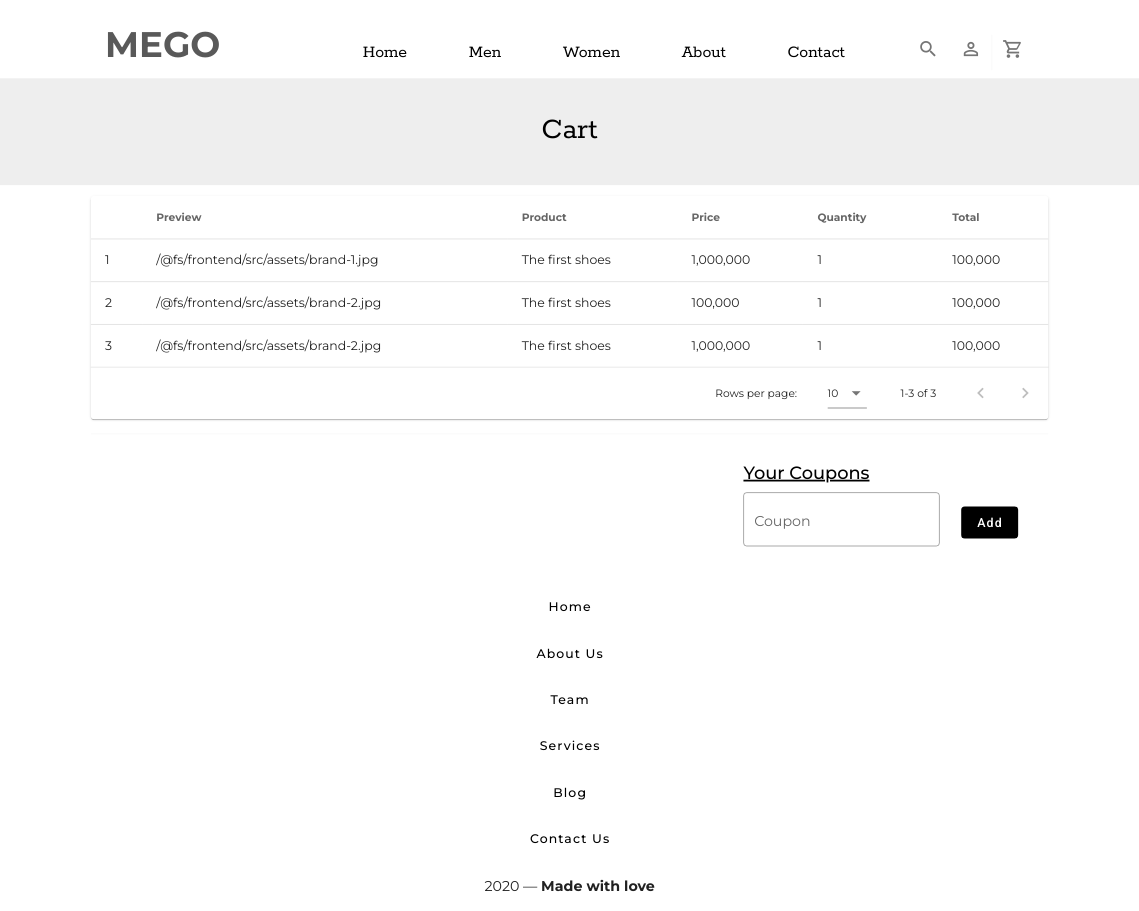
Repository: nguyenphuong152/shoesstore
Page: /cart (app in frontend/)
These files come from the project's save history. The page is drawn as it stood at one moment and after the next save; the edit follows.
The browser window is 1280 px wide. The pictures show the whole page, at 89% of full size.
The project was rebuilt for these pictures with package versions that can differ from the ones it lists, and the page was loaded fresh each time. Also part of the build but not shown: frontend/vue.config.js, frontend/src/components/Customer/Collection.vue, frontend/src/components/Customer/Banner.vue, frontend/src/components/Customer/BestSeller.vue, frontend/src/components/Customer/Partner.vue, frontend/src/views/Customer/Home.vue, frontend/src/components/Customer/ProductCategory.vue, frontend/src/components/Customer/ProductView.vue and 10 more. Imported but missing from the stored project, and not drawn on this page: frontend/src/views/Admin/Category.vue, frontend/src/views/Admin/ManageProduct.vue, frontend/src/views/Admin/ManageUser.vue, frontend/src/views/Admin/OrderList.vue.

Above is the page before, as saved 2020-11-28 10:24:02.

### frontend/public/index.html
<!DOCTYPE html>
<html lang="en">
  <head>
    <meta charset="utf-8">
    <head>
      <title>MEGO</title>
    </head>
    <meta http-equiv="X-UA-Compatible" content="IE=edge">
    <meta name="viewport" content="width=device-width,initial-scale=1.0">
    <link rel="icon" href="<%= BASE_URL %>favicon.ico">
    <title><%= htmlWebpackPlugin.options.title %></title>
    <link href="https://fonts.googleapis.com/css?family=Montserrat:300,400,500,600,700" rel="stylesheet">
    <link href="https://fonts.googleapis.com/css?family=Rokkitt:100,300,400,700" rel="stylesheet">
    <link rel="stylesheet" href="https://fonts.googleapis.com/css?family=Roboto:100,300,400,500,700,900">
    <link rel="stylesheet" href="https://cdn.jsdelivr.net/npm/@mdi/font@latest/css/materialdesignicons.min.css">
  </head>
  <body>
    <noscript>
      <strong>We're sorry but <%= htmlWebpackPlugin.options.title %> doesn't work properly without JavaScript enabled. Please enable it to continue.</strong>
    </noscript>
    <div id="app"></div>
    <!-- built files will be auto injected -->
  </body>
</html>

### frontend/src/main.js
import Vue from 'vue'
import App from './App.vue'
import vuetify from './plugins/vuetify';
import router from './router'
import '../sass/style.scss'
import 'bootstrap/dist/css/bootstrap.css'
import 'bootstrap-vue/dist/bootstrap-vue.css'
import { BootstrapVue, IconsPlugin } from 'bootstrap-vue'

Vue.use(BootstrapVue)
// Optionally install the BootstrapVue icon components plugin
Vue.use(IconsPlugin)
Vue.config.productionTip = false

new Vue({
  vuetify,
  router,
  render: h => h(App)
}).$mount('#app')

### frontend/src/App.vue
<template>
  <v-app app>
    <v-container v-if="!['Admin', 'Banner', 'Category','Product','ManageUser','OrderList','Dashboard'].includes($route.name)">
      <Toolbar />
    </v-container>
    <v-main>
      <router-view></router-view>
    </v-main>
      <Footer v-if="!['Admin', 'Banner', 'Category','Product','ManageUser','OrderList','Dashboard'].includes($route.name)"/>
  </v-app>

</template>

<script>

import Footer from "./components/Customer/Footer";
import Toolbar from "./components/Customer/Toolbar";

export default {
  name: "App",

  components: {
    Toolbar,
    Footer
  },

  data: () => ({
    //
  }),
};
</script>

### frontend/src/plugins/vuetify.js
import Vue from 'vue';
import Vuetify from 'vuetify/lib';


Vue.use(Vuetify);

const vuetify = new Vuetify({
    theme: {
      themes: {
        light: {
          primary: '#000',
          secondary: '#b0bec5',
          accent: '#8c9eff',
          error: '#b71c1c',
        },
      },
    },
  })

export default new Vuetify({
    vuetify,
});

### frontend/src/router/index.js
import Vue from "vue";
import VueRouter from "vue-router";
import Home from "../views/Customer/Home.vue";
import Men from "../views/Customer/Men.vue";
import Women from "../views/Customer/Women.vue";
import Admin from "../views/Admin/Admin.vue";
import Product from "../views/Admin/ManageProduct.vue";
import Banner from "../views/Admin/Banner.vue";
import Category from "../views/Admin/Category.vue";
import ManageUser from "../views/Admin/ManageUser.vue";
import OrderList from "../views/Admin/OrderList.vue";
import Dashboard from "../views/Admin/Dashboard.vue"
//import ProductDetail from "../views/ProductDetail.vue"

Vue.use(VueRouter);

const routes = [
  {
    path: "/",
    name: "Home",
    component: Home,
  },
  {
    path: "/men",
    name: "Men",
    component: Men,
  },
  {
    path: "/women",
    name: "Women",
    component: Women,
  },
  {
    path: "/about",
    name: "About",
    // route level code-splitting
    // this generates a separate chunk (about.[hash].js) for this route
    // which is lazy-loaded when the route is visited.
    component: () =>
      import(/* webpackChunkName: "about" */ "../views/Customer/About.vue"),
  },
  {
    path: "/contact",
    name: "Contact",
    component: () =>
      import(/* webpackChunkName: "about" */ "../views/Customer/Contact.vue"),
  },
  {
    path: "/cart",
    name: "Cart",
    component: () =>
      import(/* webpackChunkName: "about" */ "../views/Customer/Cart.vue"),
  },
  {
    path: "/account",
    name: "Account",
    component: () =>
      import(/* webpackChunkName: "about" */ "../views/Customer/Account.vue"),
  },
  {
    path: "/userlogin",
    name: "UserLogin",
    component: () =>
      import(/* webpackChunkName: "about" */ "../views/Customer/UserLogin.vue"),
  },
  {
    path: "/checkout",
    name: "Checkout",
    component: () =>
      import(/* webpackChunkName: "about" */ "../views/Customer/Checkout.vue"),
  },
  {
    path: "/product/:id",
    name: "ProductDetail",
    component: () =>
      import(/* webpackChunkName: "about" */ "../views/Customer/ProductDetail.vue"),
  },
  {
    path: "/admin",
    name: "Admin",
    component: Admin,
    children: [
      {
        path: "/banner",
        name: "Banner",
        component: Banner,
      },
      {
        path: "/category",
        name: "Category",
        component: Category,
      },
      {
        path: "/product",
        name: "Product",
        component: Product,
      },
      {
        path: "/manageuser",
        name: "ManageUser",
        component: ManageUser,
      },
      {
        path: "/orderlist",
        name: "OrderList",
        component: OrderList,
      },
      {
        path: "/dashboard",
        name: "Dashboard",
        component: Dashboard,
      },
    ],
  },
];

const router = new VueRouter({
  mode: "history",
  base: process.env.BASE_URL,
  routes,
});

export default router;

### frontend/sass/style.scss

$font-primary: 'Montserrat',
Arial,
sans-serif;
$font-secondary: 'Rokkitt',
Georgia,
serif;


@import '~vuetify/src/styles/styles.sass';

// Overrides
$grid-gutter-width: 20px !default;
$border-radius-base: 4px !default;
$padding-base-vertical: 14px !default;

$brand-primary: #616161 !default;
$brand-secondary: #88c8bc !default;
$brand-yellow: #FFDD00 !default;
$brand-footer-color: #2C2E3E;

$brand-white: #fff;
$brand-black: #000;
$brand-darker: #444;
$brand-gray: #ccc;
$brand-lighter: #e9e9e9;
$brand-body-color: #e8e8e8;
$brand-selection-color: #f9f6f0;
$brand-overlay-color: #4c4a8a;
$brand-bg-color: $brand-white;

.v-btn {
  text-transform:none !important;
}
// .v-text-field{
//   width: 50px;
//   height: 10px;
// }

#app {
  -webkit-font-smoothing: antialiased;
  -moz-osx-font-smoothing: grayscale;

  text-align: center;
  .container {
    max-width: 1100px;
  }
  font: 300
}

.nav {
  padding-left: 0px;
  a {
    font-size: 20px;
    color: lighten($brand-black,35%);
    font-family: $font-secondary;
    text-decoration: none;
    font-weight: 500;
    &.router-link-exact-active {
      color: #42b983;
    }

  }
}

#logo {
  font-size: 40px;
  font-weight: 700;
  font-family: $font-primary;
  color: lighten($brand-black, 35%);
}


.slogan {
  font-size: 50px;
  color: #2c3e50;
  font-family: $font-secondary;
  text-decoration: none;
}

.title-collection{
  @extend .slogan;
  font-size: 25px;
}


.slogan-3 {
  @extend .slogan;
  font-size: 35px;
}

.title-shoes {
  @extend .slogan;
  font-size: 20px;
}


.footer-text {
  font-family:$font-primary;
  font-size: 16px;
}

.admin {
  font-family: $font-primary;
  font-size:16px;
}

.admin-nav {
  font-family: $font-primary !important;
  font-size: 20px !important;
  color: white !important;
}

### frontend/src/components/Customer/Footer.vue
<template>
  <v-footer class="white" padless>
    <v-row justify="center" no-gutters>
      <v-btn
        v-for="link in links"
        :key="link"
        color="black"
        text
        rounded
        class="my-2 footer-text"
      >
        {{ link }}
      </v-btn>
      <v-col class="white py-4 text-center fluid footer-text" cols="12">
        {{ new Date().getFullYear() }} — <strong>Made with love</strong>
      </v-col>
    </v-row>
  </v-footer>
</template>

<script>
export default {
  data: () => ({
    links: ["Home", "About Us", "Team", "Services", "Blog", "Contact Us"],
  }),
};
</script>

<style></style>

### frontend/src/components/Customer/Toolbar.vue
<template>
  <v-toolbar flat>
    <v-row class="d-flex align-baseline">
      <v-col cols="3" class="d-flex justify-lg-start">
        <v-toolbar-title id="logo">MEGO</v-toolbar-title>
      </v-col>
      <v-col class="d-flex justify-space-around text-start nav">
        <router-link to="/">Home</router-link>
        <router-link to="/men">Men</router-link>
        <router-link to="/women">Women</router-link>
        <router-link to="/about">About</router-link>
        <router-link to="/contact">Contact</router-link>
      </v-col>
      <v-col cols="2" class="d-flex justify-end">
        <v-btn icon>
          <v-icon>mdi-magnify</v-icon>
        </v-btn>
        <v-menu
          open-on-hover
          top
          offset-y
          :position-x="960"
          :position-y="230"
          absolute
        >
          <template v-slot:activator="{ on, attrs }">
            <v-btn icon v-bind="attrs" v-on="on">
              <v-icon>mdi-account-outline</v-icon>
            </v-btn>
          </template>

          <v-list class="text-start nav">
            <v-list-item v-for="(item, index) in routes" :key="index" :to="item.path">
              <v-list-item-title>{{ item.name }}</v-list-item-title>
            </v-list-item>
          </v-list>
        </v-menu>
        <v-divider vertical inset></v-divider>
        <v-btn icon @click="goToCart">
          <v-icon>mdi-cart-outline</v-icon>
        </v-btn>
      </v-col>
    </v-row>
  </v-toolbar>
</template>

<script>
export default {
  data: () => ({
    routes: [
      {
        path:"/checkout",
        name:"Check Out"
       },
       {
        path:"/account",
        name:"My Account"
       },
       {
        path:"/userlogin",
        name:"User Login"
       },

    ],
  }),
  methods: {
     goToCart: function() {
     this.$router.push({name: 'Cart'})
     }
  }
};
</script>

<style></style>

### frontend/src/views/Customer/Cart.vue
<template>
  <div class="cart app">
    <v-sheet color="grey lighten-3" height="120">
      <v-container py-8>
        <a class="slogan-3">Cart</a>
      </v-container>
    </v-sheet>
    <div>
      <v-container>
        <totalProducts />
        <v-divider></v-divider>
        <v-row>
          <v-col> </v-col>
          <v-col cols="4">
            <addCoupons />
          </v-col>
        </v-row>
      </v-container>
    </div>
  </div>
</template>

<script>
import totalProducts from "../../components/Customer/TotalProducts";
import addCoupons from "../../components/Customer/AddCoupon";

export default {
  components: { totalProducts, addCoupons },
  data() {},
};
</script>

### frontend/src/components/Customer/TotalProducts.vue
<template>

      <v-data-table :headers="headers" :items="products" class="elevation-1 admin">
        <template v-slot:item.preview>
          <v-img
            lazy-src="item.path"
            max-height="100"
            max-width="100"
            src="'item.path'"
          ></v-img>
        </template>
      </v-data-table>


</template>

<script>
export default {
  data() {
    return {
      headers: [
        {
          text: "",
          align: "start",
          sortable: false,
          value: "id",
        },
        { text: "Preview", value: "path" },
        { text: "Product", value: "name" },
        { text: "Price", value: "price" },
        { text: "Quantity", value: "quantity" },
        { text: "Total", value: "total" },
      ],
      products: [
        {
          id: 1,
          path: require('../../assets/brand-1.jpg'),
          name: "The first shoes",
          price: Intl.NumberFormat('en-EN', { maximumSignificantDigits: 3 }).format(1000000),
          quantity: 1,
          total: Intl.NumberFormat('en-EN', { maximumSignificantDigits: 3 }).format(100000),
        },
        {
          id: 2,
          path: require('../../assets/brand-2.jpg'),
          name: "The first shoes",
          price:Intl.NumberFormat('en-EN', { maximumSignificantDigits: 3 }).format(100000),
          quantity: 1,
          total: Intl.NumberFormat('en-EN', { maximumSignificantDigits: 3 }).format(100000)
        },
        {
         id: 3,
          path: require('../../assets/brand-2.jpg'),
          name: "The first shoes",
          price: Intl.NumberFormat('en-EN', { maximumSignificantDigits: 3 }).format(1000000),
          quantity: 1,
          total:Intl.NumberFormat('en-EN', { maximumSignificantDigits: 3 }).format(100000),
        },
      ],
    };
  },
};
</script>

<style></style>

### frontend/src/components/Customer/AddCoupon.vue
<template>
  <div class="app text-start">
      <a class="admin-nav font-weight-medium black--text">Your Coupons</a>
      <v-row class="d-flex align-baseline">
           <v-col
          cols="8"
        >
          <v-text-field
          class="admin"
            label="Coupon"
            outlined
          ></v-text-field>
        </v-col>
         <v-col
        >
           <v-btn
      depressed
      color="primary"
    >
      Add
    </v-btn>
        </v-col>
      </v-row>
  </div>
</template>

<script>
export default {

}
</script>

<style>

</style>

After the next save:
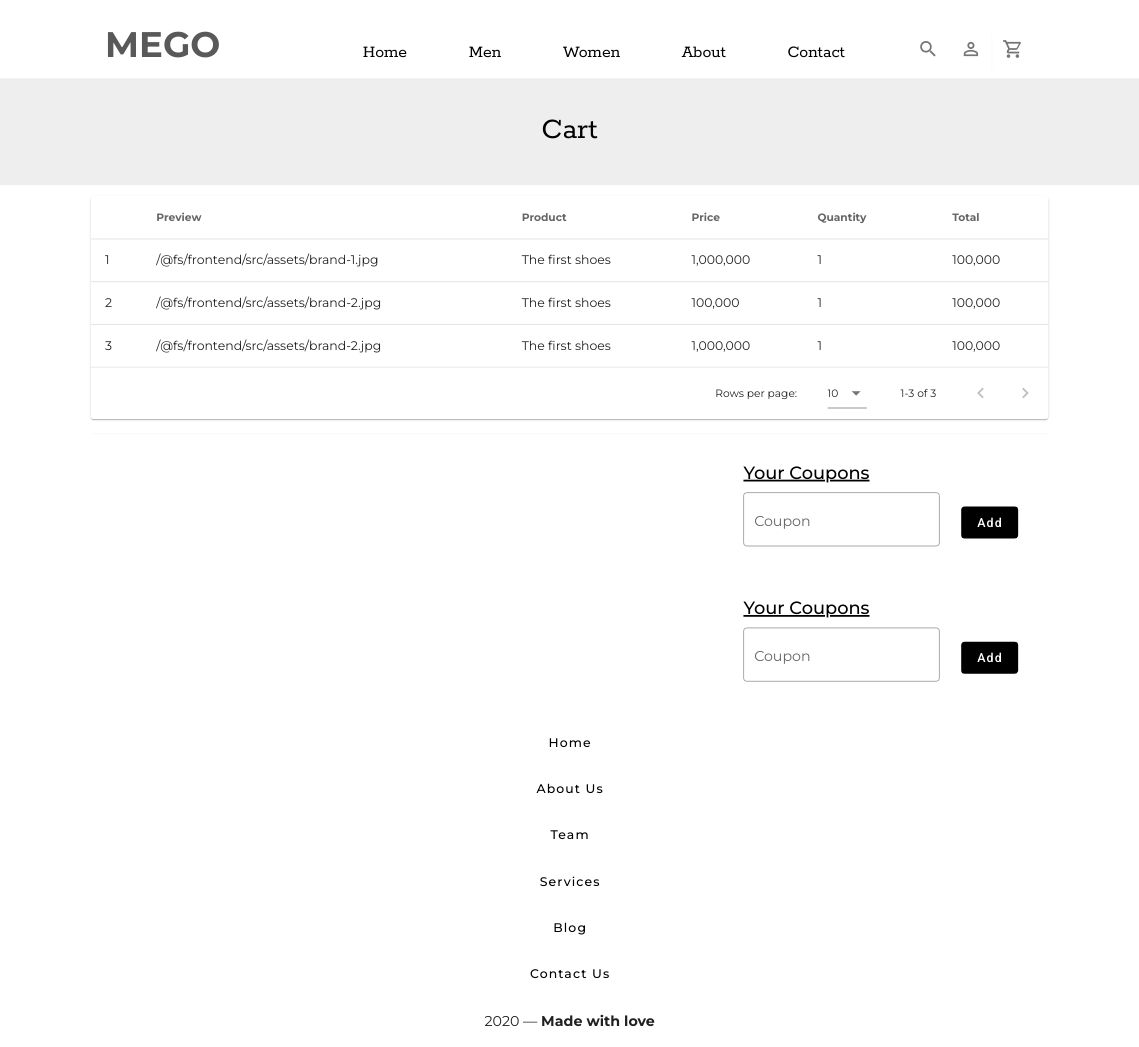
Saved 49 s later.
--- a/frontend/src/views/Customer/Cart.vue
+++ b/frontend/src/views/Customer/Cart.vue
@@ -9,6 +9,12 @@
       <v-container>
         <totalProducts />
         <v-divider></v-divider>
+        <v-row>
+          <v-col> </v-col>
+          <v-col cols="4">
+            <addCoupons />
+          </v-col>
+        </v-row>
         <v-row>
           <v-col> </v-col>
           <v-col cols="4">
